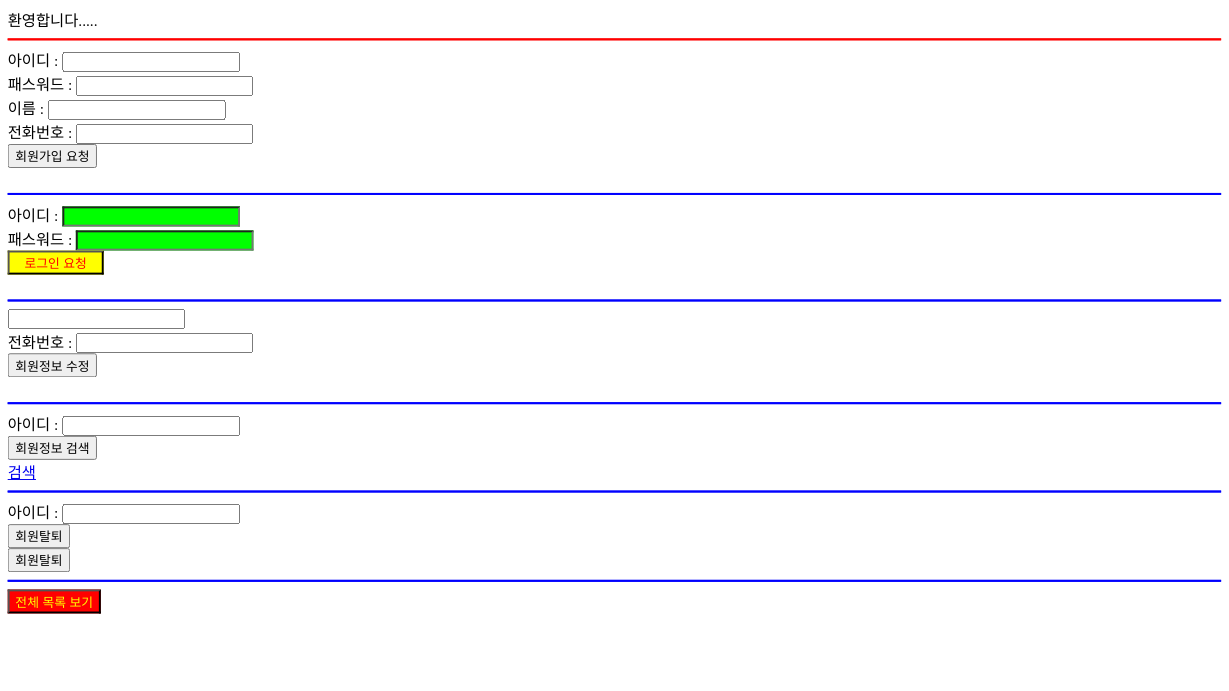
Repository: syshin0116/data2
Page: http://localhost/spring03/
An editor plug-in stored every save of this project. The page is shown before and after the next save, followed by the edit.
The browser window is 1280 px wide. The pictures show the whole page, at 96% of full size.
The page is served by Tomcat 9. Other server files are loaded and not shown.

Above is the page before, as saved 2022-02-16 05:56:10.

### spring03/src/main/webapp/index.jsp
<%@ page language="java" contentType="text/html; charset=UTF-8"
    pageEncoding="UTF-8"%>
<!DOCTYPE html>
<html>
   <head>
      <meta charset="UTF-8">
      <title>Insert title here</title>
   </head>
   <body>
   환영합니다.....<br>
   <hr color='red'>
   <form action="create">
   아이디   : <input type="text" name="id"><br>
   패스워드   : <input type="text" name="pw"><br>
   이름 : <input type="text" name="name"><br>
   전화번호 : <input type="text" name="tel"><br>
   <button>회원가입 요청</button>
   </form>
   <br>
   <hr color="blue">
   <form action="login.jsp">
   아이디 : <input type="text" name="id" style=background:lime;><br>
   패스워드   : <input type="text" name="pw"  style=background:lime;><br>
   <button style=background:yellow;color:red;width:100px;>로그인 요청</button>
   </form>
   <br>
   <hr color="blue">
   <form action="up">
   <input type="text" name="id" ><br>
   전화번호 : <input type="text" name="tel"><br>
   <button>회원정보 수정 </button>
   </form>
   <br>
   <hr color="blue">
   <form action="one.jsp">
   아이디 : <input type="text" name="id" value="${user}"><br>
   <button>회원정보 검색  </button>
   </form>
   <a href="one.jsp?id=${user}">${user} 검색 </a>
   <br>
   <hr color="blue">
   <form action="del">
   아이디 : <input type="text" name="id" value="${user}"><br>
   <button>회원탈퇴</button>
    </form>
  <a href="del.jsp?id=${user}">
      <button>회원탈퇴</button>
    </a>

   <br>
   <hr color="blue">
   <a href="list.jsp">
      <button style=color:yellow;background:red;>전체 목록 보기</button>
   </a>
   </body>
</html>

### spring03/src/main/webapp/resources/css/out.css
@charset "UTF-8";
hr{
	width: 500px;
	height: 50px;
	background: orange;
	border: 5px solid red;
}

After the next save:
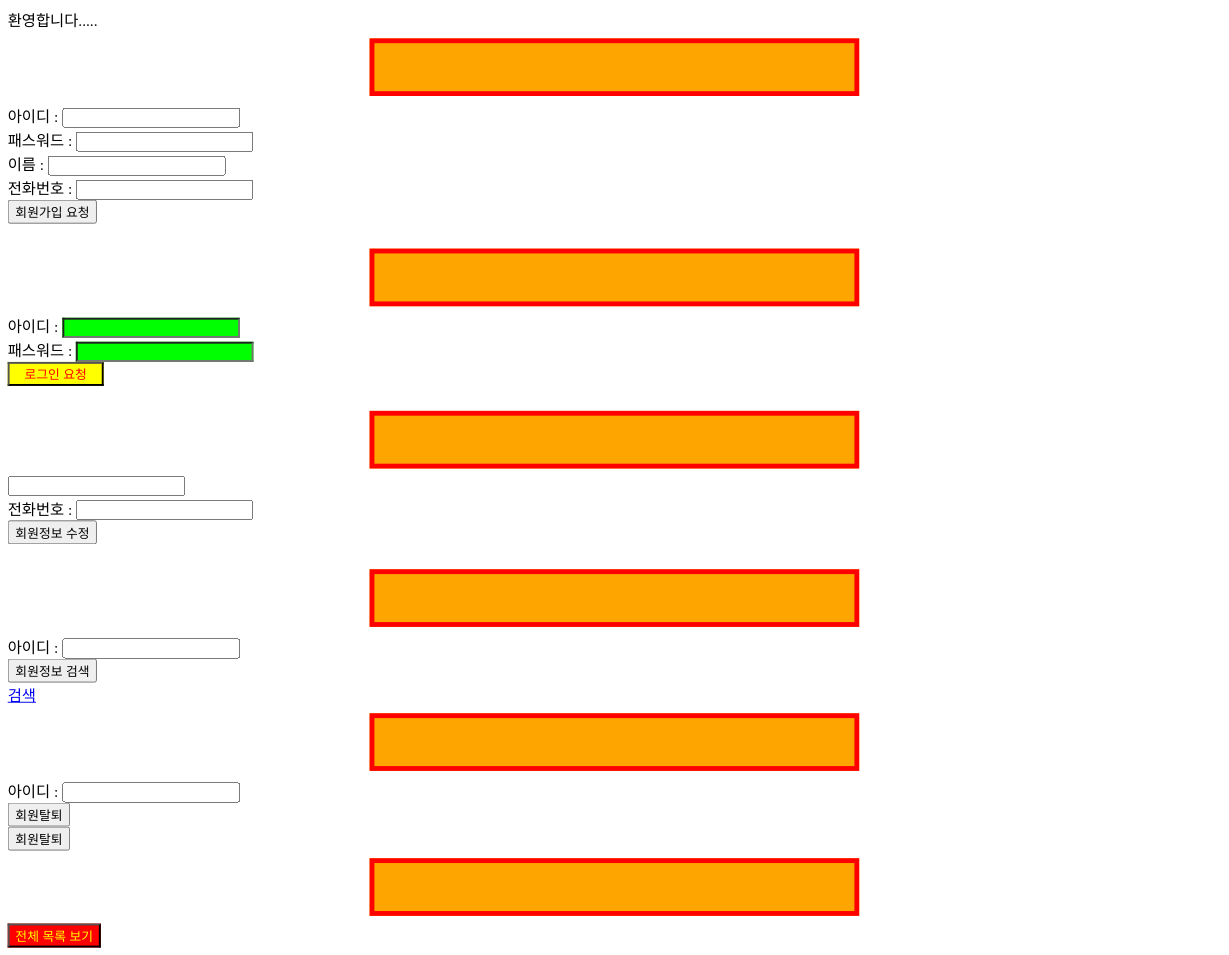
Saved 20 s later.
--- a/spring03/src/main/webapp/index.jsp
+++ b/spring03/src/main/webapp/index.jsp
@@ -5,10 +5,11 @@
    <head>
       <meta charset="UTF-8">
       <title>Insert title here</title>
+      <link rel="stylesheet" type="text/css" href="resources/css/out.css">
    </head>
    <body>
    환영합니다.....<br>
-   <hr color='red'>
+   <hr>
    <form action="create">
    아이디   : <input type="text" name="id"><br>
    패스워드   : <input type="text" name="pw"><br>
